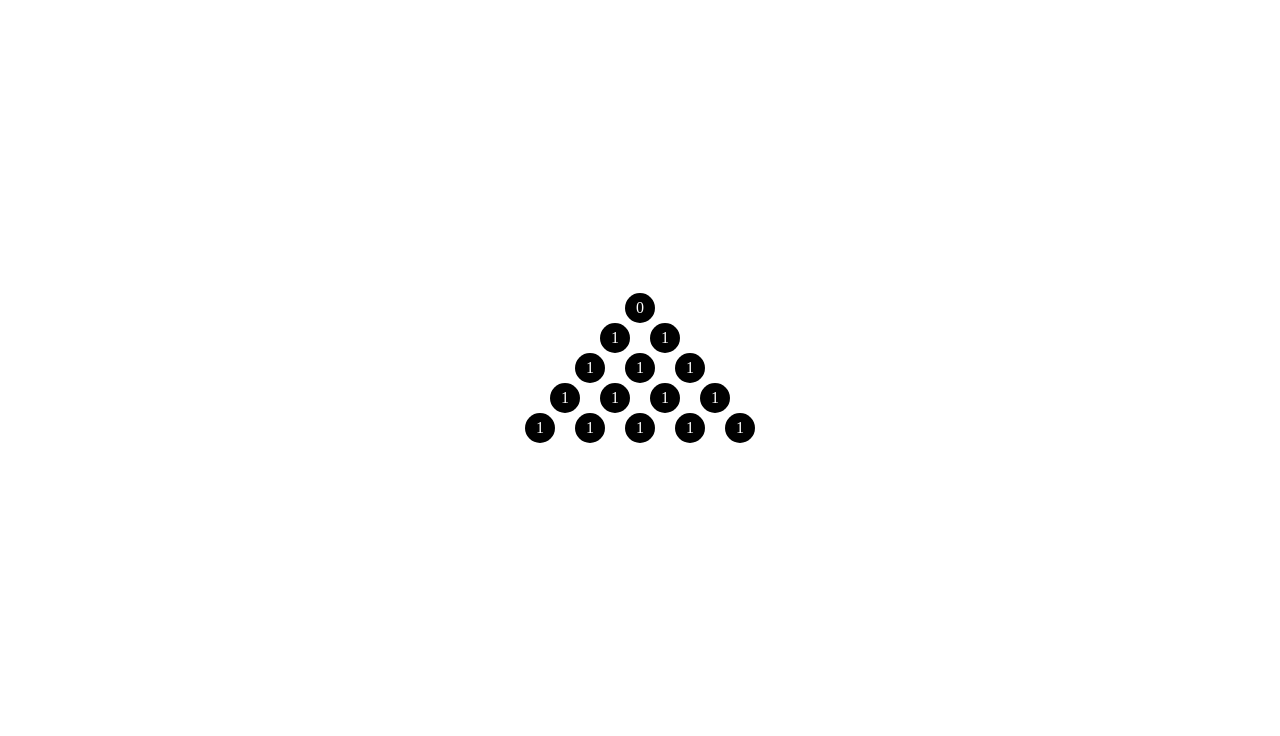
Repository: Yash19075/Mathematical-Peg-game
Page: Peg-game.html
The author's editor kept a copy of each file at every save. The page is drawn from the files as they stood at one save, then again after the next save.
The browser window is 1280 px wide. The pictures show the whole page.

Above is the page before, as saved 2025-03-15 12:01:15.

### Peg-game.html
<!DOCTYPE html>
<html lang="en">
<head>
    <meta charset="UTF-8">
    <meta name="viewport" content="width=device-width, initial-scale=1.0">
    <title>Peg game</title>
    <link rel="stylesheet" href="Peg-game.css">
</head>
<body>
    <div class="peg-board">
    <div class="row">
        <div class="peg">0</div>
    </div>
    <div class="row">
        <div class="peg">1</div>
        <div class="peg">1</div>
    </div>
    <div class="row">
        <div class="peg">1</div>
        <div class="peg">1</div>
        <div class="peg">1</div>
    </div>
    <div class="row">
        <div class="peg">1</div>
        <div class="peg">1</div>
        <div class="peg">1</div>
        <div class="peg">1</div>
    </div>
    <div class="row">
        <div class="peg">1</div>
        <div class="peg">1</div>
        <div class="peg">1</div>
        <div class="peg">1</div>
        <div class="peg">1</div>
    </div>
    </div>
</body>
</html>

### Peg-game.css
body {
    height: 100vh;
    display: flex;
    justify-content: center;
    align-items: center;
}

.row {
    display: flex;
    gap: 20px;
    justify-content: center;
}

.peg-board {
    display: flex;
    flex-direction: column;
    align-items: center;
}

.peg{
    border-radius: 50%;
    background-color: black;
    color: white;
    width: 30px;
    align-items: center;
    height: 30px;
    text-align: center;
    display: flex;
    justify-content: center;
}

After the next save:
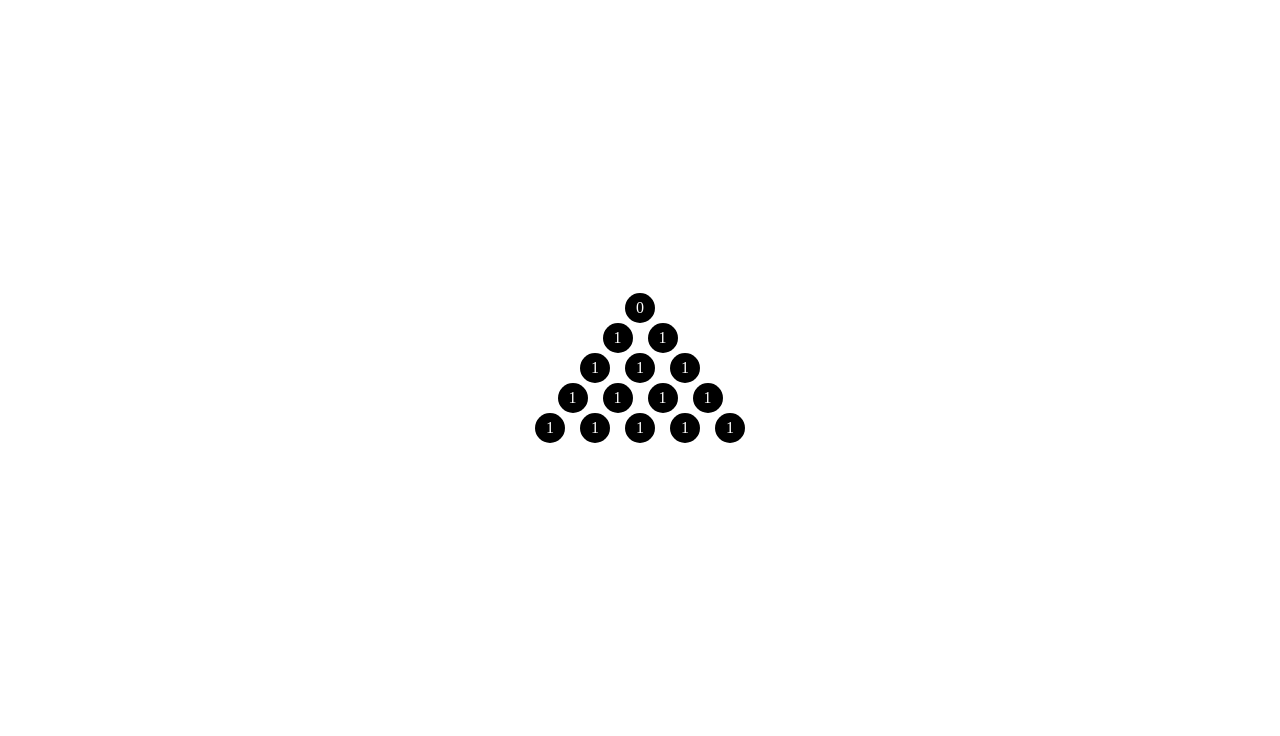
Saved 23 s later.
--- a/Peg-game.css
+++ b/Peg-game.css
@@ -7,7 +7,7 @@ body {
 
 .row {
     display: flex;
-    gap: 20px;
+    gap: 15px;
     justify-content: center;
 }
 
